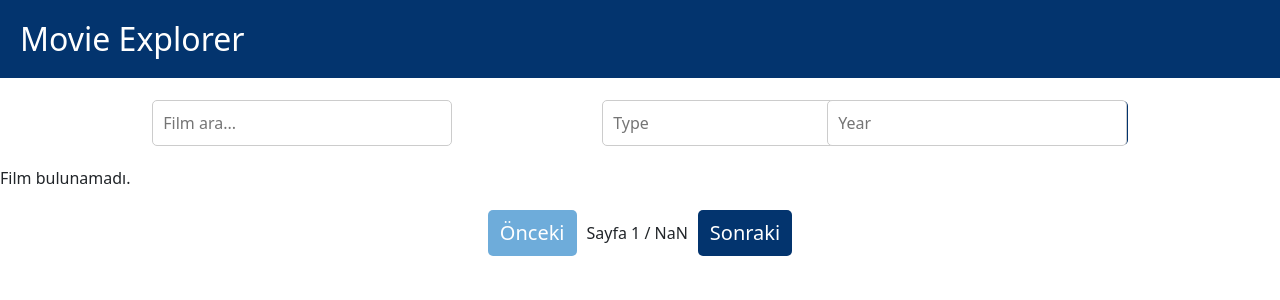
Repository: denizdizi/movie-explorer
Page: /
These files come from the project's save history. The page is drawn as it stood at one moment and after the next save; the edit follows.
The browser window is 1280 px wide. The pictures show the whole page.
The page's requests for data from a server got no answer. The project was rebuilt for these pictures with package versions that can differ from the ones it lists, and the page was loaded fresh each time. No one was signed in, and anything a server would have sent is missing. Also part of the build but not shown: src/App.css, src/components/MovieCard.js.

Above is the page before, as saved 2025-03-28 22:38:10.

### src/index.js
import React from 'react';
import ReactDOM from 'react-dom/client';
import './index.css';
import App from './App';
import reportWebVitals from './reportWebVitals';
import { Provider } from 'react-redux';
import store from "./store/store";
import 'bootstrap/dist/css/bootstrap.min.css';
import 'bootstrap/dist/js/bootstrap.bundle.min';

const root = ReactDOM.createRoot(document.getElementById('root'));
root.render(
  <Provider store={store}>
    <App />
  </Provider>
);

// If you want to start measuring performance in your app, pass a function
// to log results (for example: reportWebVitals(console.log))
// or send to an analytics endpoint. Learn more: https://bit.ly/CRA-vitals
reportWebVitals();

### src/App.js
import './App.css';
import React from "react";
import { BrowserRouter as Router, Routes, Route } from "react-router-dom";
import Home from "./pages/Home";
import "./styles/global.scss";

function App() {
  return (
    <Router>
      <Routes>
        <Route path="/" element={<Home />} />
        {/* <Route path="/movie/:id" element={<MovieDetails />} /> */}
      </Routes>
    </Router>
  );
}

export default App;

### src/store/store.js
import { createStore, applyMiddleware, combineReducers } from "redux";
import { thunk } from "redux-thunk";
import movieReducer from "./reducers";

const rootReducer = combineReducers({
  movies: movieReducer,
});

const store = createStore(rootReducer, applyMiddleware(thunk));

export default store;

### src/pages/Home.js
import React, { useEffect, useState } from "react";
import { useDispatch, useSelector } from "react-redux";
import { fetchMovies } from "../store/actions";
import { setPage } from "../store/actions";
import MovieList from "../components/MovieList";
import SearchBar from "../components/SearchBar";
import Pagination from "../components/Pagination";
import { TailSpin } from 'react-loader-spinner';

const Home = () => {
  const dispatch = useDispatch();
  const { movies } = useSelector((state) => state);

  useEffect(() => {
    console.log("Current page changed:", movies.currentPage);
    dispatch(fetchMovies("pokemon", movies.currentPage));
  }, [dispatch, movies.currentPage]);

  const handlePageChange = (newPage) => {
    dispatch(setPage(newPage));
  };

  const handleSearch = (query) => {
    dispatch(fetchMovies(query, 1));
    dispatch(setPage(1));
  }

  return (
    <div>
      <h1 className="page-title">Movie Explorer</h1>
      <SearchBar onSearch={handleSearch}/>
      {movies.loading && (
        <div className="loading-overlay">
          {/* TailSpin spinner'ını burada gösteriyoruz */}
          <TailSpin
            height="100"
            width="100"
            color="#00BFFF"
            ariaLabel='loading'
          />
        </div>
      )}
      {movies.error && <p>Hata: {movies.error}</p>}
      <MovieList movies={movies} />
      <Pagination
        currentPage={movies.currentPage}
        totalResults={movies.totalResults}
        onPageChange={handlePageChange}
      />
    </div>
  );
};

export default Home;

### src/styles/global.scss
body {
    padding-top: 80px;
    font-family: 'Franklin Gothic Medium', 'Arial Narrow', Arial, sans-serif;
    background-color: #f9f9f9;
}

.movie-list {
    justify-content: center;
}

.movie-line {
  display: flex;
  align-items: center;
  margin-bottom: 2em;
  background-color: #f9f9f9;
  gap: 2em;
  justify-content: center;
}

.movie-card {
  width: 200px; /* Kartın genişliği */
  height: 300px; /* Kartın yüksekliği */
  border-radius: 10px; /* Köşeleri yuvarlat */
  box-shadow: 0 4px 8px rgba(0, 0, 0, 0.2); /* Gölgelendirme */
  overflow: hidden; /* İçerik taşmasını engelle */
  background-color: #fff; /* Arka plan beyaz */
  display: flex;
  flex-direction: column; /* İçeriği dikey yerleştir */
  align-items: center;
  justify-content: flex-start; /* Başlık ve içerikler üst kısımda yer alsın */
  padding: 10px;
  border: 1px solid #ddd; /* Çerçeve */
}

.img-container {
  width: 100%; /* Konteynerin genişliği */
  height: 60%; /* Resmin yüksekliği */
  overflow: hidden;
  padding: 0; /* Paddingi sıfırlayın */
  display: flex;
  justify-content: center;
  align-items: center; /* Resmin ortalanması için */
  border-radius: 5px;
}

.img-container img {
  width: 100%;
  height: 100%;
  object-fit: cover; /* Resmi konteynere tam sığdır */
  object-position: center;
}

.movie-card h3 {
  margin-top: 10px;
  font-size: 16px;
  text-align: center;
}

@media (max-width: 700px) {
  .movie-line {
    flex-direction: column;
  }

  .img-container {
    height: 60%; /* Küçük ekranlarda img-container yüksekliğini azaltın */
  }
}

.search-bar {
    display: flex;
    align-items: center;
    justify-content: center;
    margin: 20px 0;
  }

  .input-wrapper {
    display: flex;
    position: relative;
  }

  .search-input {
    padding: 10px;
    font-size: 1rem;
    border-radius: 5px;
    border: 1px solid #ccc;
    width: 300px;
    transition: all 0.3s ease;
  }

  .search-input:focus {
    border-color: #007bff;
    outline: none;
  }

  .clear-btn {
    position: absolute;
    top: 50%;
    right: 10px;
    transform: translateY(-50%);
    background: none;
    border: none;
    font-size: 18px;
    color: #ccc;
    cursor: pointer;
    transition: color 0.3s;
  }

  .search-btn {
    padding: 10px 20px;
    background-color: #03346E;
    color: white;
    border: none;
    border-radius: 5px;
    cursor: pointer;
    margin-left: 10px;
    font-size: 1rem;
  }

  .search-btn:hover {
    background-color: #0056b3;
  }

  .page-title {
    background-color: #03346E; /* Başlık arkaplan rengini koyu gri yapıyoruz */
    color: #fff; /* Yazı rengini beyaz yapıyoruz */
    padding: 20px; /* Arka planın etrafına biraz boşluk ekliyoruz */
    font-size: 2em; /* Başlık boyutunu büyütüyoruz */
    position: fixed; /* Başlık sabitlenecek */
    top: 0; /* Başlık üstte olacak */
    left: 0; /* Başlık solda olacak */
    width: 100%; /* Başlık tam genişlikte olacak */
    z-index: 1000; /* Başlık, diğer içeriklerin üstünde yer alacak */
    margin-top: 0;
  }

  .loading-overlay {
    position: fixed;
    top: 0;
    left: 0;
    width: 100%;
    height: 100%;
    background-color: rgba(0, 0, 0, 0.5); /* Yarı saydam siyah arka plan */
    display: flex;
    justify-content: center;
    align-items: center;
    z-index: 9999; /* Diğer içeriklerin üstünde olmalı */
  }

  .pagination {
    display: flex;
    justify-content: center;
    align-items: center;
    gap: 10px;
    margin: 20px 0;

    button {
      padding: 8px 12px;
      font-size: 20px;
      cursor: pointer;
      border: none;
      background: #03346E;
      color: white;
      border-radius: 5px;

      &:disabled {
        background: #6EACDA;
        cursor: not-allowed;
      }
    }
  }

### src/store/reducers.js
import { SET_PAGE, SET_QUERY, FETCH_MOVIES_REQUEST, FETCH_MOVIES_SUCCESS, FETCH_MOVIES_FAILURE } from "./actions";

const initialState = {
  movies: [],
  totalResults: "0",
  currentPage: 1,
  loading: false,
  error: null,
  searchQuery: "pokemon",
};

const movieReducer = (state = initialState, action) => {
  switch (action.type) {
    case SET_PAGE:
      return {
        ...state,
        currentPage: action.payload,
      };
    case FETCH_MOVIES_REQUEST:
      return { ...state, loading: true };
    case FETCH_MOVIES_SUCCESS:
      return { ...state, loading: false, movies: action.payload.movies, totalResults: action.payload.totalResults };
    case FETCH_MOVIES_FAILURE:
      return { ...state, loading: false, error: action.payload };
    case SET_QUERY:
      return { ...state, searchQuery: action.payload };
    default:
      return state;
  }
};

export default movieReducer;

### src/store/actions.js
import { searchMovies } from "../utils/api";

export const FETCH_MOVIES_REQUEST = "FETCH_MOVIES_REQUEST";
export const FETCH_MOVIES_SUCCESS = "FETCH_MOVIES_SUCCESS";
export const FETCH_MOVIES_FAILURE = "FETCH_MOVIES_FAILURE";
export const SET_PAGE = "SET_PAGE";
export const SET_QUERY = "SET_QUERY";

export const fetchMovies = (query = "pokemon", page = 1, type, year) => async (dispatch) => {
  dispatch({ type: FETCH_MOVIES_REQUEST });

  try {
    const data = await searchMovies(query, page);
    dispatch({ type: FETCH_MOVIES_SUCCESS, payload: {movies: data.Search, totalResults: data.totalResults} });
  } catch (error) {
    dispatch({ type: FETCH_MOVIES_FAILURE, payload: error.message });
  }
};

export const setPage = (page) => ({
  type: SET_PAGE,
  payload: page,
});

export const setQuery = (query) => ({
  type: SET_QUERY,
  payload: query,
});

### src/components/MovieList.js
import React from "react";
import MovieCard from "./MovieCard";

const MovieList = ({ movies }) => {
  if (!movies || !movies.movies || movies.movies.length === 0) {
    return <p>Film bulunamadı.</p>;
  }

  return (
    <div className="movie-list">
      <div className="row movie-line">
        {movies.movies.slice(0, 5).map((movie) => (
          <MovieCard key={movie.imdbID} movie={movie} />
        ))}
      </div>
      <div className="row movie-line">
        {movies.movies.slice(5, 10).map((movie) => (
          <MovieCard key={movie.imdbID} movie={movie} />
        ))}
      </div>
    </div>
  );
};

export default MovieList;

### src/components/SearchBar.js
import React from "react";
import { useDispatch } from "react-redux";
import { fetchMovies } from "../store/actions";

const SearchBar = () => {
  const dispatch = useDispatch();

  const handleSearch = (e) => {
    // e.preventDefault();
    // if (query.trim() !== "") {
    //   dispatch(fetchMovies(query, 1));
    // }
  };

  return (
    <form onSubmit={handleSearch} className="search-bar">
      <div className="input-wrapper">
        <div className="col-lg-6 align-left">
        <input
          type="text"
          placeholder="Film ara..."
          className="search-input"
        />
        </div>
        <div className="col-lg-3 align-left">
        <input
          type="text"
          placeholder="Type"
          className="search-input"
        />
        </div>
        <div className="col-lg-3 align-left">
        <input
          type="year"
          placeholder="Year"
          className="search-input"
        />
        </div>

      </div>
      <button type="submit" className="search-btn">
        Ara
      </button>
    </form>
  );
};

export default SearchBar;

### src/components/Pagination.js
import React from "react";

const Pagination = ({currentPage, totalResults, onPageChange}) => {
  const totalPages = Math.ceil(totalResults / 10);

  const handleNext = () => {
    if (currentPage < totalPages) {
      onPageChange(currentPage + 1);
    }
  };

  const handlePrev = () => {
    if (currentPage > 1) {
      onPageChange(currentPage - 1);
    }
  };

  return (
    <div className="pagination">
      <button onClick={handlePrev} disabled={currentPage === 1}>
        Önceki
      </button>
      <span>Sayfa {currentPage} / {totalPages}</span>
      <button onClick={handleNext} disabled={currentPage === totalPages}>
        Sonraki
      </button>
    </div>
  );
};

export default Pagination;

### src/utils/api.js
import axios from "axios";

const API_KEY = "df54e6ed";
const BASE_URL = "https://www.omdbapi.com/";

export const searchMovies = async (text = "pokemon", year, type, page = 1) => {
  try {
    const response = await axios.get(BASE_URL, {
      params: {
        apikey: API_KEY,
        s: text,
        y: year,
        type: type,
        page: page,
      },
    });
    return response.data;
  } catch (error) {
    console.error("Film arama hatası:", error);
    return [];
  }
};

export const getMovieDetails = async (movieID) => {
  try {
    const response = await axios.get(BASE_URL, {
      params: {
        apikey: API_KEY,
        i: movieID,
      },
    });
    return response.data;
  } catch (error) {
    console.error("Film detaylarını getirme hatası:", error);
    return null;
  }
};

Loaded but not shown: public/index.html (common file); src/index.css (common file); src/reportWebVitals.js (common file); src/styles/movie.scss (no stored copy; drawn as an empty file)

After the next save:
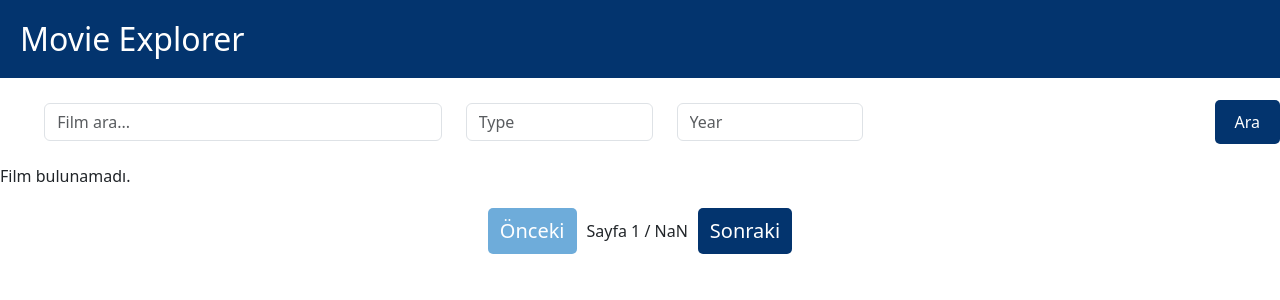
Saved 57 s later.
--- a/src/components/SearchBar.js
+++ b/src/components/SearchBar.js
@@ -14,30 +14,19 @@ const SearchBar = () => {
 
   return (
     <form onSubmit={handleSearch} className="search-bar">
-      <div className="input-wrapper">
-        <div className="col-lg-6 align-left">
-        <input
-          type="text"
-          placeholder="Film ara..."
-          className="search-input"
-        />
-        </div>
-        <div className="col-lg-3 align-left">
-        <input
-          type="text"
-          placeholder="Type"
-          className="search-input"
-        />
-        </div>
-        <div className="col-lg-3 align-left">
-        <input
-          type="year"
-          placeholder="Year"
-          className="search-input"
-        />
-        </div>
-
-      </div>
+<div className="container input-wrapper">
+  <div className="row">
+    <div className="col-lg-6">
+      <input type="text" className="form-control" placeholder="Film ara..." />
+    </div>
+    <div className="col-lg-3">
+      <input type="text" className="form-control" placeholder="Type" />
+    </div>
+    <div className="col-lg-3">
+      <input type="text" className="form-control" placeholder="Year" />
+    </div>
+  </div>
+</div>
       <button type="submit" className="search-btn">
         Ara
       </button>
